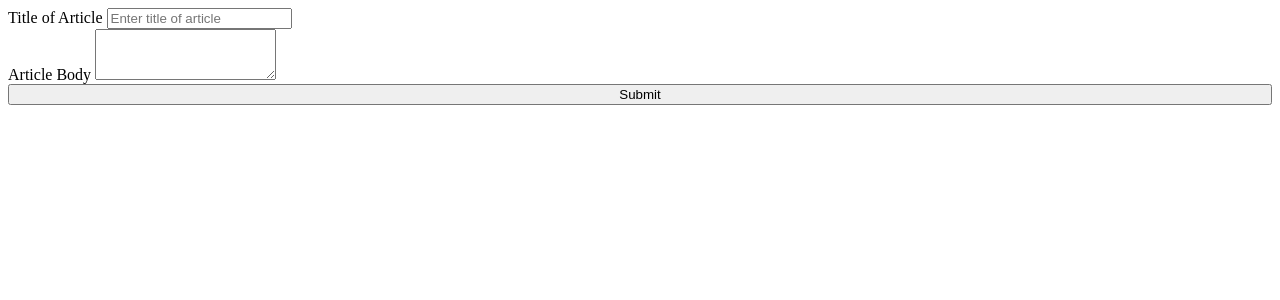
Repository: 736f666961/firstwebapp
Page: http://localhost/firstwebapp/editArticle.jsp
An editor plug-in stored every save of this project. The page is shown before and after the next save, followed by the edit.
The browser window is 1280 px wide. The pictures show the whole page.
The page is served by Tomcat 9.

Above is the page before, as saved 2021-02-04 04:28:24.

After the next save:
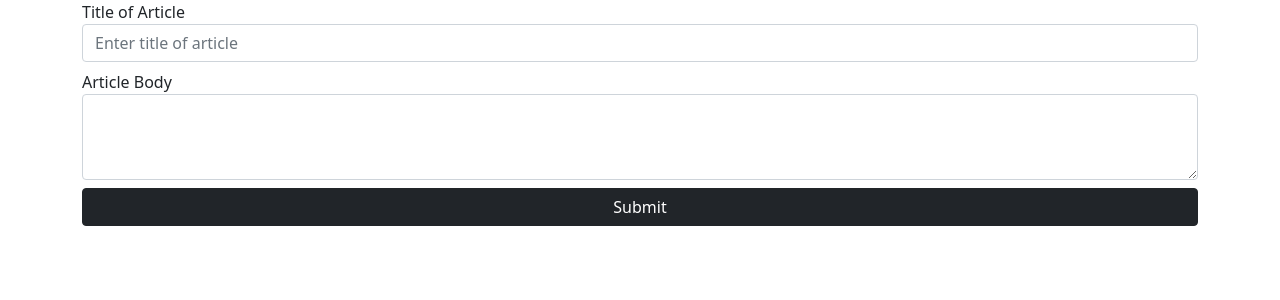
Saved 43 s later.
--- a/firstwebapp/src/main/webapp/editArticle.jsp
+++ b/firstwebapp/src/main/webapp/editArticle.jsp
@@ -4,6 +4,7 @@
 <html>
 <head>
 <meta charset="ISO-8859-1">
+ <link href="https://cdn.jsdelivr.net/npm/bootstrap@5.0.0-beta1/dist/css/bootstrap.min.css" rel="stylesheet" integrity="sha384-giJF6kkoqNQ00vy+HMDP7azOuL0xtbfIcaT9wjKHr8RbDVddVHyTfAAsrekwKmP1" crossorigin="anonymous">
 <title>Insert title here</title>
 </head>
 <body>
